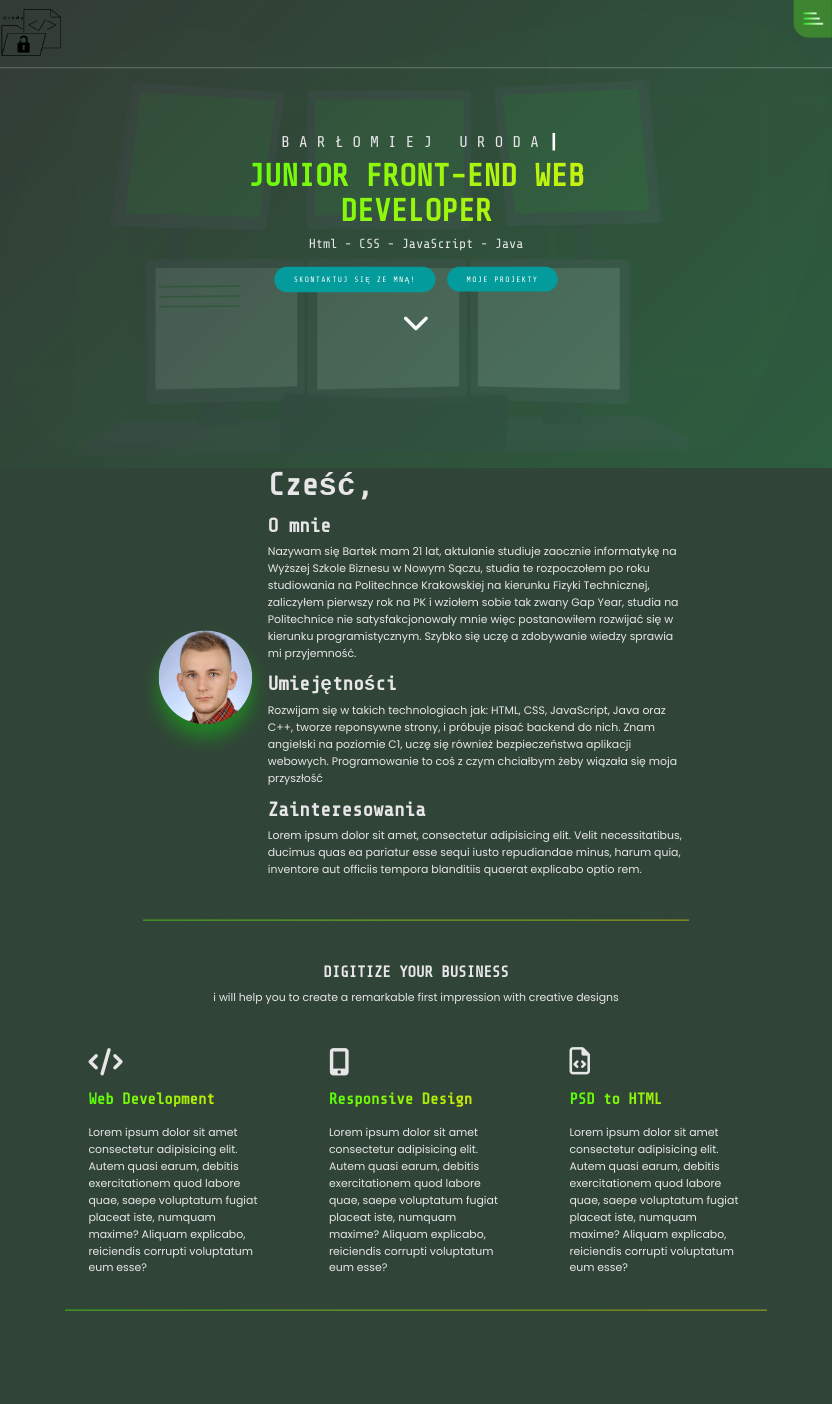
Repository: BartekUroda/portfolio
Page: index.html
The author's editor kept a copy of each file at every save. The page is drawn from the files as they stood at one save, then again after the next save.
The browser window is 1280 px wide. The pictures show the whole page, at 65% of full size.
Some web libraries are served in a nearby version.

Above is the page before, as saved 2020-10-27 21:09:39.

### index.html
<!DOCTYPE html>
<html lang="en">
<head>
    <meta charset="UTF-8">
    <meta name="viewport" content="width=device-width, initial-scale=1.0">
    <title>Portfolio | Bartek Uroda</title>
    <link rel="stylesheet" type="text/css" href="css/style.css">
    <link href="https://fonts.googleapis.com/css2?family=Poppins&sfamily=Share+Tech+Mono&display=swap" rel="stylesheet">
    <script src="https://kit.fontawesome.com/056e5c10dc.js" crossorigin="anonymous"></script>
    <link rel="shortcut icon" type="image/x-icon" href="images/favicon.ico" />
</head>
<body>
    <header>
        <div class="container">
            <nav>
                <div class="nav-brand">
                    <a href="index.html">
                        <img src="images/logo.png" alt="Uroda">
                    </a>
                </div>
                <div class="burger-menu-icon">
                    <div class="line1"></div>
                    <div class="line2"></div>
                    <div class="line3"></div>
                </div>
                <ul class="nav-list">
                    <li class="nav-item">
                      <a href="#landing-page">
                        <img
                          src="images/profile.jpeg"
                          alt="Bartek Uroda"
                          class="profile-pic nav-link"
                        >
                        <span class="caption nav-link">Bartek Uroda</span>
                      </a>
                    </li>
                    <li class="nav-item">
                      <a href="#about" class="nav-link">O mnie</a>
                    </li>
                    <li class="nav-item">
                      <a href="#services" class="nav-link">Usługi</a>
                    </li>
                    <li class="nav-item">
                      <a href="#projects" class="nav-link">Projekty</a>
                    </li>
                    <li class="nav-item">
                      <a href="#contact" class="nav-link">Kontakt</a>
                    </li>
                    <li class="nav-item">
                      <a href="https://www.facebook.com/bartlomiej.uroda.3" target="_blank" class="nav-link">
                        <i class="fab fa-facebook"></i>
                      </a>
                      <a href="https://github.com/Urodii" target="_blank" class="nav-link">
                        <i class="fab fa-github"></i>
                      </a>
                      <a href="https://www.youtube.com/channel/UCzT1h5RNvmbtrmKT5hPjyAg?view_as=subscriber" target="_blank" class="nav-link">
                        <i class="fab fa-youtube"></i>
                      </a>
                    </li>
                  </ul>
            </nav>
        </div>
    </header>
    <main>
      <section id="landing-page" class="landing-page">
        <div class="container">
          <div class="main-message">
            <h2>Barłomiej Uroda</h2>
            <h3>Junior Front-End Web Developer</h3>
            <p>Html - CSS - JavaScript - Java</p>
            <div class="intro-btn">
              <div class="cta">
                <a href="#contact" class="btn">Skontaktuj się ze mną!</a>
              </div>
              <div class="cta">
                <a href="#projects" class="btn">Moje Projekty</a>
              </div>
            </div>
            <div>
              <a href="#about" class="scroll-down">
                <i class="fa fa-chevron-down" aria-hidden="true"></i>
              </a>
            </div>
          </div>
        </div>
      </section>
      <section id="about" class="about">
        <div class="container">
          <div class="about-img">
            <img
              src="images/profile.jpeg"
              alt="Bartek Uroda"
              class="about-pic"
            />
          </div>
          <div class="about-text-box">
            <h2>Cześć,</h2>
            <h3>O mnie</h3>
            <p>
              Nazywam się Bartek mam 21 lat, aktulanie studiuje zaocznie informatykę
              na Wyższej Szkole Biznesu w Nowym Sączu, studia te rozpoczołem po roku studiowania
              na Politechnce Krakowskiej na kierunku Fizyki Technicznej, zaliczyłem pierwszy rok na PK
              i wziołem sobie tak zwany Gap Year, studia na Politechnice nie satysfakcjonowały
              mnie więc postanowiłem rozwijać się w kierunku programistycznym. Szybko się uczę a zdobywanie wiedzy sprawia mi przyjemność.
            </p>
            <h3>Umiejętności</h3>
            <p>
              Rozwijam się w takich technologiach jak: HTML, CSS, JavaScript, Java oraz C++,
              tworze reponsywne strony, i próbuje pisać backend do nich. Znam angielski na
              poziomie C1, uczę się również bezpieczeństwa aplikacji webowych.
              Programowanie to coś z czym chciałbym żeby wiązała się moja przyszłość
            </p>
            <h3>Zainteresowania</h3>
            <p>
              Lorem ipsum dolor sit amet, consectetur adipisicing elit. Velit
              necessitatibus, ducimus quas ea pariatur esse sequi iusto
              repudiandae minus, harum quia, inventore aut officiis tempora
              blanditiis quaerat explicabo optio rem.
            </p>
          </div>
        </div>
        <hr/>
      </section>
      <section id="services" class="services">
        <div class="container">
          <div class="title-heading">
            <h2>DIGITIZE YOUR BUSINESS</h2>
            <p>
              i will help you to create a remarkable first impression with
              creative designs
            </p>
          </div>
          <div class="service-tiers">
            <div class="tier-item">
              <i class="fa fa-code" aria-hidden="true"></i>
              <h2>Web Development</h2>
              <p>
                Lorem ipsum dolor sit amet consectetur adipisicing elit. Autem
                quasi earum, debitis exercitationem quod labore quae, saepe
                voluptatum fugiat placeat iste, numquam maxime? Aliquam
                explicabo, reiciendis corrupti voluptatum eum esse?
              </p>
            </div>
            <div class="tier-item">
              <i class="fa fa-mobile" aria-hidden="true"></i>
              <h2>Responsive Design</h2>
              <p>
                Lorem ipsum dolor sit amet consectetur adipisicing elit. Autem
                quasi earum, debitis exercitationem quod labore quae, saepe
                voluptatum fugiat placeat iste, numquam maxime? Aliquam
                explicabo, reiciendis corrupti voluptatum eum esse?
              </p>
            </div>
            <div class="tier-item">
              <i class="fa fa-file-code-o" aria-hidden="true"></i>
              <h2>PSD to HTML</h2>
              <p>
                Lorem ipsum dolor sit amet consectetur adipisicing elit. Autem
                quasi earum, debitis exercitationem quod labore quae, saepe
                voluptatum fugiat placeat iste, numquam maxime? Aliquam
                explicabo, reiciendis corrupti voluptatum eum esse?
              </p>
            </div>
          </div>
        </div>
        <hr />
      </section>
    </main>
 <script type="text/javascript" src="js/main.js"></script>
</body>
</html>

### css/style.css
/* ----------GLOBAL STYLES---------- */
*,
*::before,
*::after {
  margin: 0;
  padding: 0;
  box-sizing: inherit;
}
html {
    font-family: "Share Tech Mono", monospace;
    font-size: 12px;
    box-sizing: border-box;
    scroll-behavior: smooth;
    color: #e7e7e7;
    background: rgb(49, 68, 56);
}

a {
    text-decoration: none;
    color: rgb(3, 155, 23);
}

a:hover {
    color: rgba(249, 105, 14, 1);
}

ul {
    list-style: none;
}

p {
    font-size: 1.4rem;
}

img {
    width: 100%;
    max-width: 100%;
    height: auto;
}
/* ----------HEADER---------- */
header {
    width: 100%;
    height: 5rem;
    position: absolute;
    top: 0;
    left: 0;
    z-index: 1;
}
.contenier {
    width: 100%;
    max-width: 90rem;
    margin: 0 auto;
    padding: 0 1.5rem;
}
.nav-brand {
    width: 8rem;
}
nav {
    width: 100%;
    display: flex;
    align-items: center;
    justify-content: space-between;
    padding: 1rem 0;
    border-bottom: 2px solid rgba(255, 255, 255, .2);
}
.line1 {
    width: 20px;
    height: 3px;
    margin: 5px 0;
    background: linear-gradient(
      135deg,
      rgb(27, 218, 10) 0%,
      rgb(255, 255, 255) 100%
    );
}
.line2 {
    width: 25px;
    height: 3px;
    background: linear-gradient(
      135deg,
      rgb(27, 218, 10) 0%,
      rgb(255, 255, 255) 100%
    );
}
.line3 {
    width: 30px;
    height: 3px;
    margin: 5px 0;
    background: linear-gradient(
      135deg,
      rgb(27, 218, 10) 0%,
      rgb(255, 255, 255) 100%
    );
}
.burger-menu-icon {
    cursor: pointer;
    z-index: 999;
    position: fixed;
    right: 0;
    top: 0;
    background-color: rgba(67, 145, 47, 0.815);
    padding: 1.2rem;
    border-radius: 0% 0% 0% 40%;
}
.profile-pic {
    height: 9rem;
    width: auto;
    border-radius: 50%;
    display: block;
    margin: 1.5rem 0;
}
.caption {
    display: block;
}
.nav-list {
    width: 24rem;
    height: 100vh;
    background-color:  rgb(69, 85, 75);
    position: fixed;
    top: 0;
    right: -26rem;
    display: flex;
    flex-direction: column;
    align-items: center;
    justify-self: start;
    z-index: 998;
    transition: all 650ms ease-in-out;
}
.nav-list.active {
    right: 0;
}
.nav-item {
    margin: 1.2rem 0;
}
.nav-link {
    opacity: 0;
    font-size: 1.3rem;
    text-transform: uppercase;
    color: #cecece;
    letter-spacing: 1.5px;
}
.nav-link:hover {
    color: rgb(62, 248, 15);
}
.toggle {
    background: none;
}
.toggle .line1 {
    transform: rotate(-45deg) translate(-5px, 6px) scalex(2);
}
.toggle .line2 {
    opacity: 0;
}
.toggle .line3 {
    width: 20px;
    transform: rotate(45deg) translate(-5px, -6px) scalex(2);
    margin-left: 0px;
}
@keyframes navLinkAnimate {
    from{
        opacity: 0;
        transform: translate(50px);
    }
    to{
        opacity: 1;
        transform: translate(0px);
    }
}
/* ----------MAIN---------- */
.landing-page{
    width: 100%;
    height: 100vh;
    background: linear-gradient(
        135deg,
        rgba(50, 58, 52, 0.9) 0%,
        rgba(44, 100, 65, 0.8) 100%
    ),
    url('../images/mainpage.png') center no-repeat;
    background-size: contain;
    position: relative;
}
.main-message {
    width: 100%;
    max-width: 58rem;
    text-transform: uppercase;
    position: absolute;
    left: 50%;
    top: 50%;
    transform: translate(-50%, -50%);
    text-align: center;
}
.main-message h2 {
    letter-spacing: 1.2rem;
    font-size: 2rem;
    font-weight: 400;
    overflow: hidden;
    white-space: nowrap;
    animation: typing 5s steps(33), blink 1s ease-in-out 7s infinite;
    width: 33ch;
    margin: auto;
    border-right: 4px solid rgba(255, 255, 255, 1);
}
@keyframes typing {
    75% {
      width: 0ch;
      color: rgb(178, 249, 14);
    }
    100% {
      width: 33ch;
    }
}
@keyframes blink {
    0% {
      border-right: 4px solid rgba(255, 255, 255, 0);
    }
    100% {
      border-right: 4px solid rgb(194, 194, 194);
    }
}
.main-message h3 {
    font-size: 4rem;
    margin: 1rem 0;
    color: rgba(249, 105, 14, 1);
    background: linear-gradient(
      to right,
      rgb(87, 253, 9) 0%,
      rgb(217, 240, 17) 100%
    );
    -webkit-background-clip: text;
    -webkit-text-fill-color: transparent;
}
.main-message p {
    text-transform: none;
    font-size: 1.7rem;
    font-weight: 400;
}
.intro-btn {
    display: flex;
    justify-content: center;
}
.btn {
    margin: 0 9px;
    background: rgba(3, 155, 155);
    border-radius: 2rem;
    color: #fafafa;
    padding: 1rem 2.5rem;
    display: inline-block;
    margin-top: 2rem;
    transition: background-color 650ms;
    font-weight: 500;
    letter-spacing: 2px;
}
.btn:hover {
    color: #fafafa;
    background-color: rgb(176, 189, 0);
}
.scroll-down i {
    color: #fafafa;
    transition: color 650ms;
    margin-top: 2rem;
    font-size: 3.5rem;
}
.scroll-down i:hover {
    color: rgb(176, 189, 0);
}
/* ----------ABOUT--------- */
.about {
    width: 100%;
    min-height: 100vh;
    max-width: 70rem;
    margin: auto;
}
.about .container {
    display: flex;
    align-items: center;
    min-height: 80vh;
  }
.about-img img {
    height: 12rem;
    width: auto;
    border-radius: 50%;
    margin: 2rem;
    box-shadow: 0 20px 30px 0 rgba(4, 236, 4, 0.397);
  }
.about-text-box {
    flex-grow: 1;
    flex-shrink: 1;
    flex-basis: 0;
}
.about-text-box h2 {
    font-size: 4rem;
    margin-bottom: 15px;
}
.about-text-box h3 {
    font-size: 2.5rem;
    margin-bottom: 10px;
}
.about-text-box p {
    font-family: "Poppins", sans-serif;
    font-size: 1.4rem;
    padding: 0;
    margin-bottom: 1.45rem;
}
hr {
    margin: 4rem 0;
    background: linear-gradient(
      to right,
      rgb(87, 253, 9) 0%,
      rgb(231, 228, 6) 100%
    );
    border: 0;
    height: 1px;
}
/* ----------SERVICE--------- */
.services {
    padding: 3rem 0;
    min-height: 100vh;
    max-width: 90rem;
    margin: auto;
}
.title-heading {
    text-align: center;
    margin-bottom: 5rem;
}
.title-heading h2 {
    font-size: 2rem;
    margin: 0.5rem 0 1rem 0;
}
.title-heading p {
    font-family: "Poppins", sans-serif;
    margin-bottom: 5rem;
}
.service-tiers {
    display: grid;
    grid-template-columns: repeat(auto-fit, minmax(25rem, 1fr));
    gap: 2.5rem;
}
.tier-item {
    height: 30rem;
    padding: 3rem;
    position: relative;
    display: flex;
    flex-direction: column;
    justify-content: center;
    cursor: default;
}
.tier-item i {
    font-size: 3.5rem;
}
.tier-item h2 {
    font-size: 2rem;
    margin: 2rem 0;
    background: linear-gradient(
      to right,
      rgb(87, 253, 9) 0%,
      rgb(231, 228, 6) 100%
    );
    -webkit-background-clip: text;
    -webkit-text-fill-color: transparent;
}
.tier-item p {
    font-family: "Poppins", sans-serif;
    font-size: 1.4rem;
}

### js/main.js
//eselect elements
const selectElement = (s) => document.querySelector(s);
const navLinks = document.querySelectorAll(".nav-link");

selectElement(".burger-menu-icon").addEventListener("click", () => {
    selectElement(".nav-list").classList.toggle("active");
    selectElement(".burger-menu-icon").classList.toggle("toggle")

    navLinks.forEach((link, index) => {
        if (link.style.animation){
            link.style.animation = ""
        }else{
            link.style.animation = `navLinkAnimate 0.5s ease forwards ${ index/7 + 0.5}s`
            console.log(index/7 + 0.5)
        }
    })
});

After the next save:
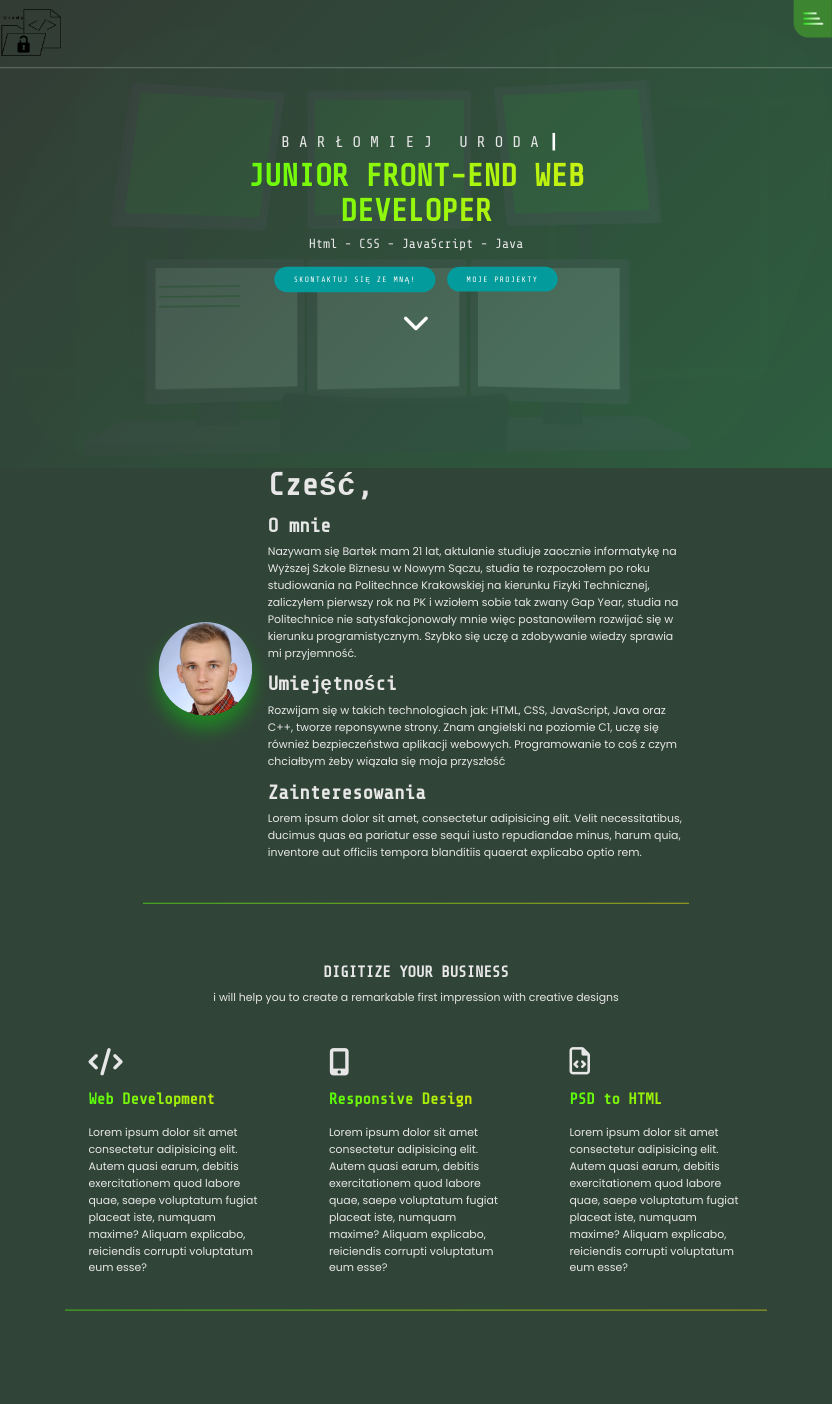
Saved 43 s later.
--- a/index.html
+++ b/index.html
@@ -106,7 +106,7 @@
             <h3>Umiejętności</h3>
             <p>
               Rozwijam się w takich technologiach jak: HTML, CSS, JavaScript, Java oraz C++,
-              tworze reponsywne strony, i próbuje pisać backend do nich. Znam angielski na
+              tworze reponsywne strony. Znam angielski na
               poziomie C1, uczę się również bezpieczeństwa aplikacji webowych.
               Programowanie to coś z czym chciałbym żeby wiązała się moja przyszłość
             </p>
